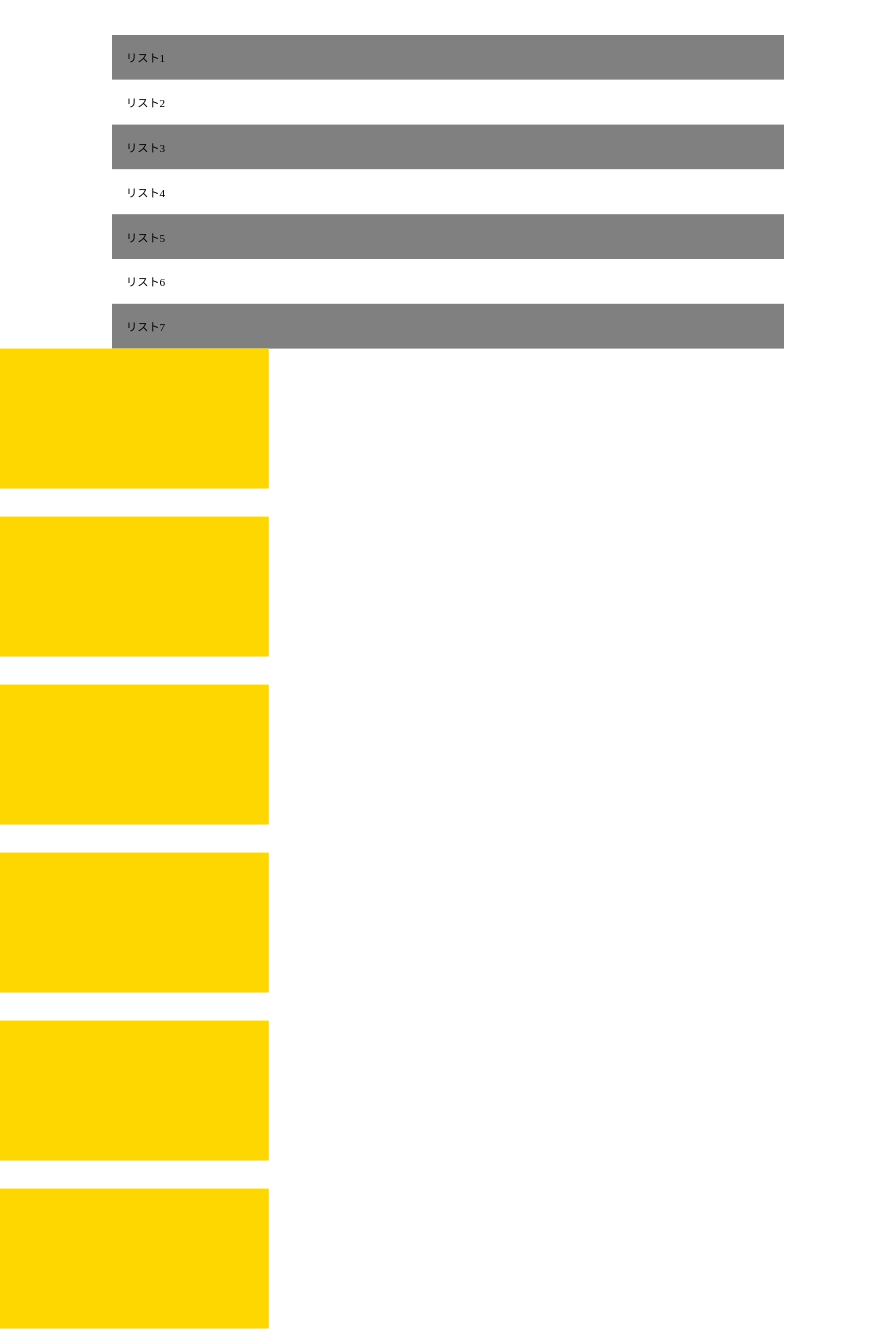
Repository: pureforest/html
Page: chapter8/8.html
The author's editor kept a record of every edit. The page is drawn from the files as they stood at one moment, then again after the next edit.
The browser window is 1280 px wide. The pictures show the part of the page from y = 0 to 1920 px (the page is 2658 px tall before and 1698 px after), at 70% of full size.

Above is the page before.

After the next edit:
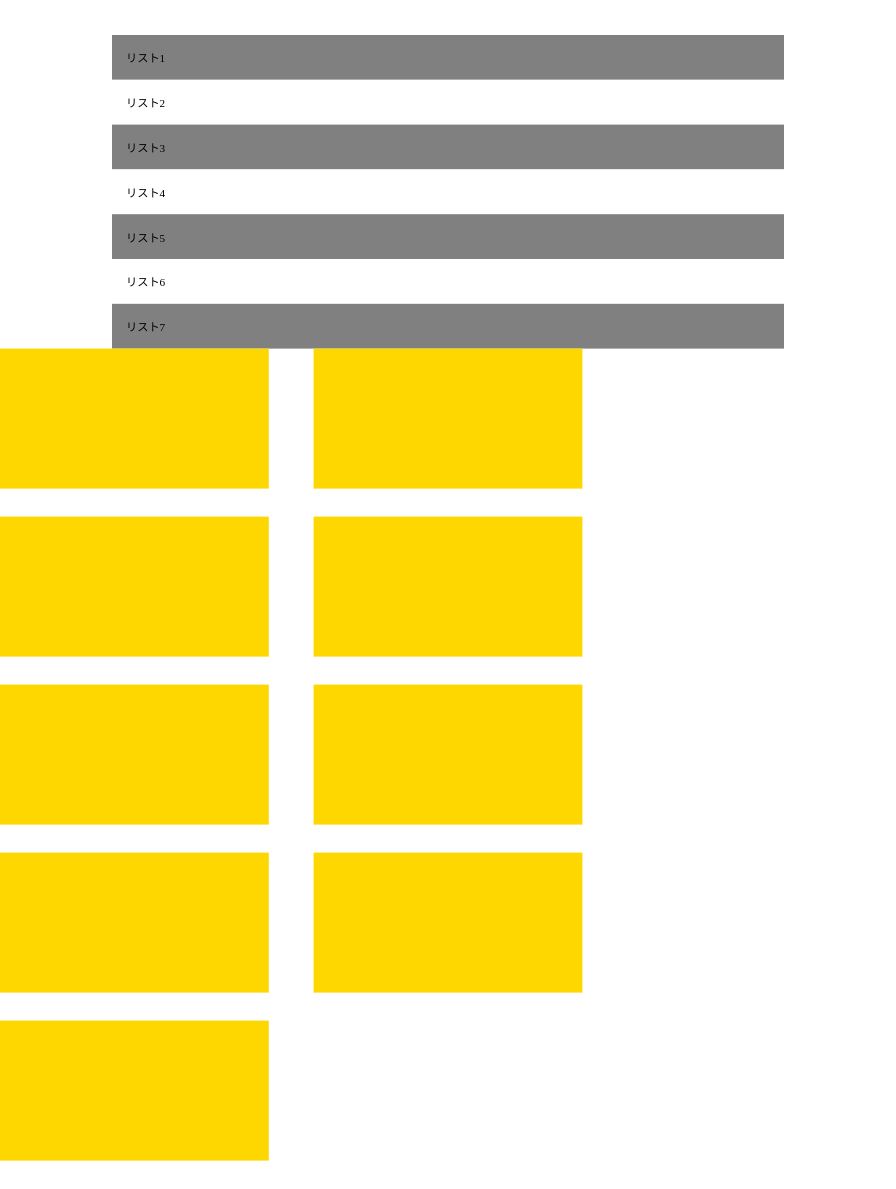
The edit:
--- a/chapter8/8.html
+++ b/chapter8/8.html
@@ -16,7 +16,7 @@
     <div class="list">リスト6</div>
     <div class="list">リスト7</div>
 
-   <div>
+   <div class="box-list">
 
     <div class="box"></div>
     <div class="box"></div>
